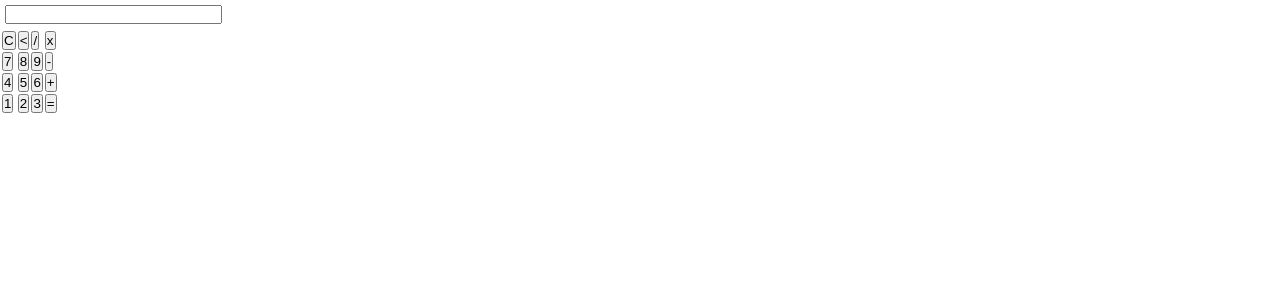
Repository: lacey-crenshaw/calculator
Page: index.html
These files come from the project's save history. The page is drawn as it stood at one moment and after the next save; the edit follows.
The browser window is 1280 px wide. The pictures show the whole page.

Above is the page before, as saved 2020-02-14 09:21:46.

After the next save:
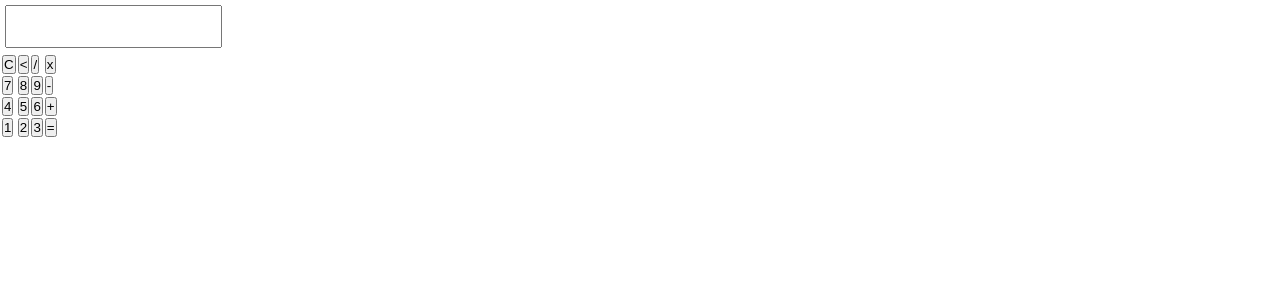
Saved 54 s later.
--- a/index.html
+++ b/index.html
@@ -14,12 +14,14 @@
                 height: 50;
                 font-size: 2.5;
                 margin: 2;
+                cursor: pointer;
             }
 
             .textview {
                 width: 217;
                 margin: 5;
-
+                font-size: 25;
+                padding: 5;
             }
         </style>
     </head>
